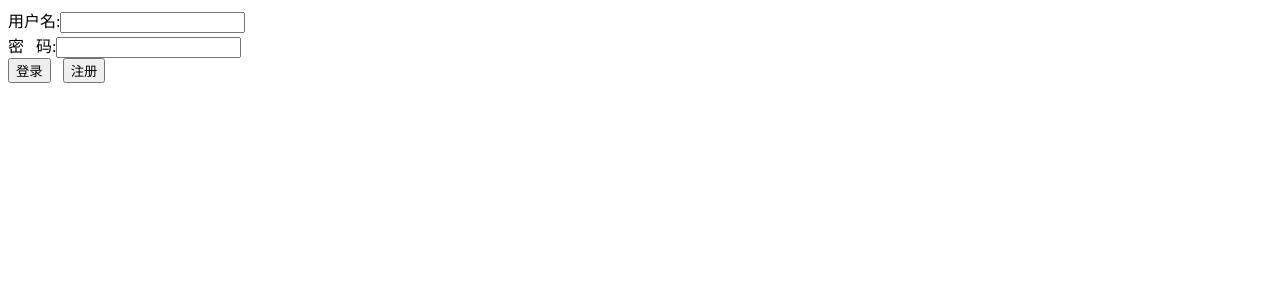
Repository: AAJAAJ/eclipse-workspace
Page: http://localhost/Supermarket/login.jsp
The author's editor kept a copy of each file at every save. The page is drawn from the files as they stood at one save, then again after the next save.
The browser window is 1280 px wide. The pictures show the whole page.
The page is served by Tomcat 9.

Above is the page before, as saved 2019-09-25 10:55:42.

After the next save:
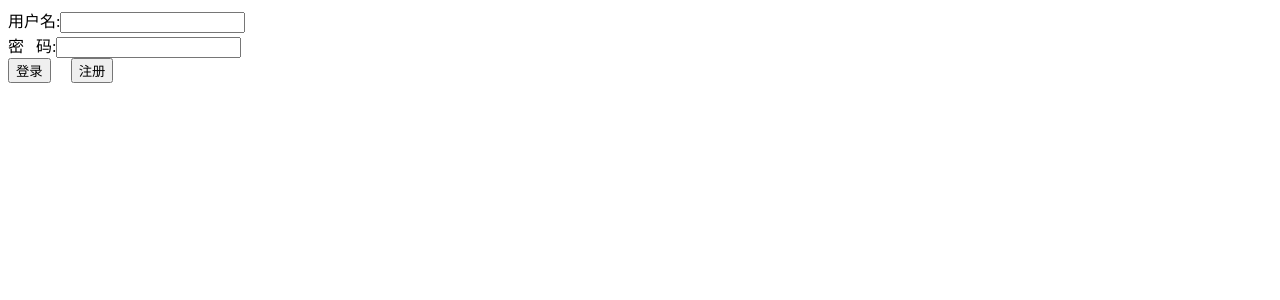
Saved 56 s later.
--- a/Supermarket/WebContent/login.jsp
+++ b/Supermarket/WebContent/login.jsp
@@ -14,7 +14,7 @@
 		密&nbsp;&nbsp;&nbsp;码:<input type="text" name="password" id="password" />
 		<br />
 		<input type="submit" value="登录"/>
-		&nbsp;
+		&nbsp;&nbsp;&nbsp;
 		<input type="submit" value="注册"/>
 		<br />
 		<div id="err"><span></span></div>
